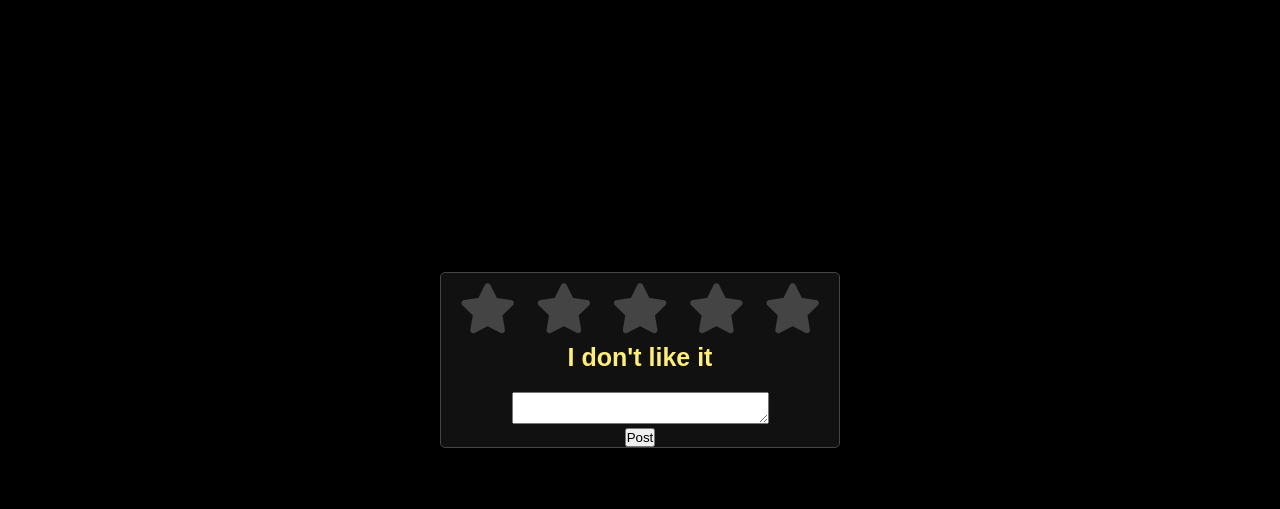
Repository: Suryansh-D/Star-Ratings
Page: index.html
These files come from the project's save history. The page is drawn as it stood at one moment and after a run of saves; the edit follows.
The browser window is 1280 px wide. The pictures show the whole page.

Above is the page before, as saved 2024-02-03 09:57:22.

### index.html
<!DOCTYPE html>
<html lang="en">
<head>
    <meta charset="UTF-8">
    <meta name="viewport" content="width=device-width, initial-scale=1.0">
    <title>Document</title>
</head>
<link rel="stylesheet" href="style.css">
<link rel="stylesheet" href="https://cdnjs.cloudflare.com/ajax/libs/font-awesome/5.15.3/css/all.min.css">
<body>
    <div class="container">
        <div class="stars">
            <input type="radio" name="rate" id="rate-5">
            <label for="rate-5" class="fas fa-star"></label>
            <input type="radio" name="rate" id="rate-4">
            <label for="rate-4" class="fas fa-star"></label>
            <input type="radio" name="rate" id="rate-3">
            <label for="rate-3" class="fas fa-star"></label>
            <input type="radio" name="rate" id="rate-2">
            <label for="rate-2" class="fas fa-star"></label>
            <input type="radio" name="rate" id="rate-1">
            <label for="rate-1" class="fas fa-star"></label>
            <form action="#">
                <header>I don't like it</header>
                <div class="textarea">
                <textarea cols="30"></textarea>
                </div>
                    <div class="btn">
                        <button type="submit">Post</button>
                        </div>
                 </form>
        </div>
    </div>
    <script></script>
</body>
</html>

### style.css
@import url('https://fonts.googleapis.com/css?family=Roboto:400,700');
* {
  margin: 0;
  padding: 0;
  box-sizing: border-box;
  font-family:'Poppins', sans-serif;
}
html, body {
  height: 100%;
  background-color: #000;
  place-items: center;
  display: grid;
  text-align: center;
}

.container {
  width: 400px;
  background: #111;
    padding: 20px , 30px;
    border: 1px solid #444;
    border-radius: 5px;
    display: flex;
    flex-direction: column;
    align-items: center;
    justify-content: center;
}
.container .stars input{
    display: none;
}
.stars label{
    font-size: 50px;
    color: #444;
    cursor: pointer;
    transition: all 0.2s ease;
    float: right;
    padding: 10px;

}
.stars input:not(:checked) ~ label:hover ,
.stars input:not(:checked) ~ label:hover ~ label{
    color: #ffcc00;
}
.stars input:checked ~ label{
    color: #ffcc00;
}
input#rate-5:checked ~ label#rate-5 ~ label#rate-4 ~ label#rate-3 ~ label#rate-2 ~ label#rate-1{
    color: #ffe7;
    text-shadow: 0 0 20px #952;
}
form header{
    width:100%;
    font-size: 25px;
    color: #fe7;
    font-weight: 700;
    margin: 5px 0 20px 0;
    text-align: center;
    transition: all 0.2s ease;
}

After the next 4 saves:
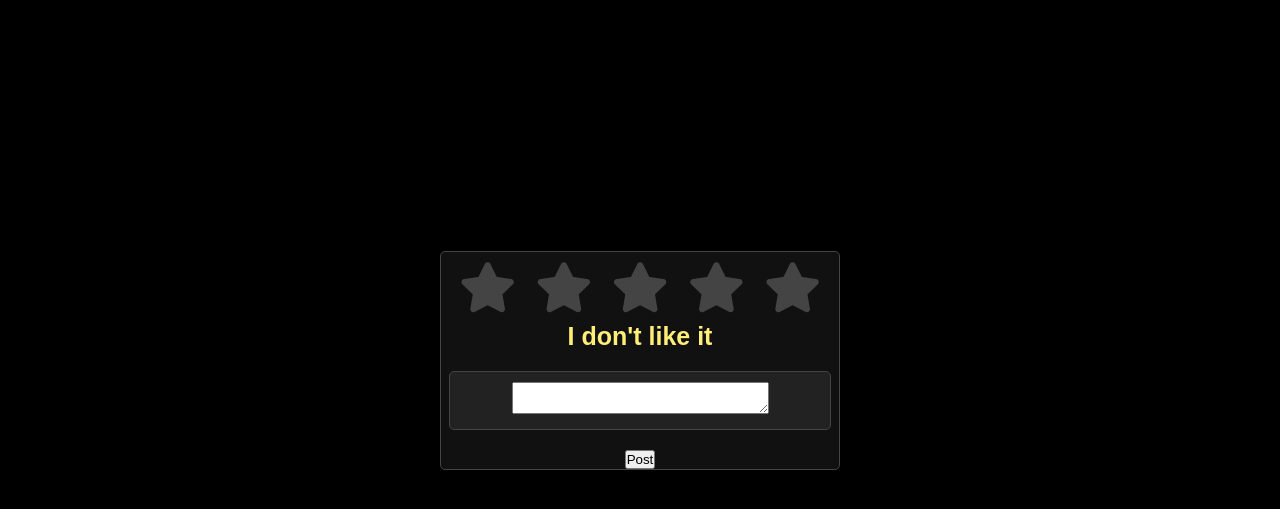
The 4 saves are shown as one change because they came seconds apart.
The last was saved 11 s later.
--- a/style.css
+++ b/style.css
@@ -56,3 +56,15 @@ form header{
     text-align: center;
     transition: all 0.2s ease;
 }
+
+form .textarea{
+    width: 100%;
+    background: #222;
+    border: 1px solid #444;
+    border-radius: 5px;
+    padding: 10px;
+    color: #fff;
+    font-size: 18px;
+    margin: 20px 0;
+    transition: all 0.2s ease;
+}

After the 6 saves that followed:
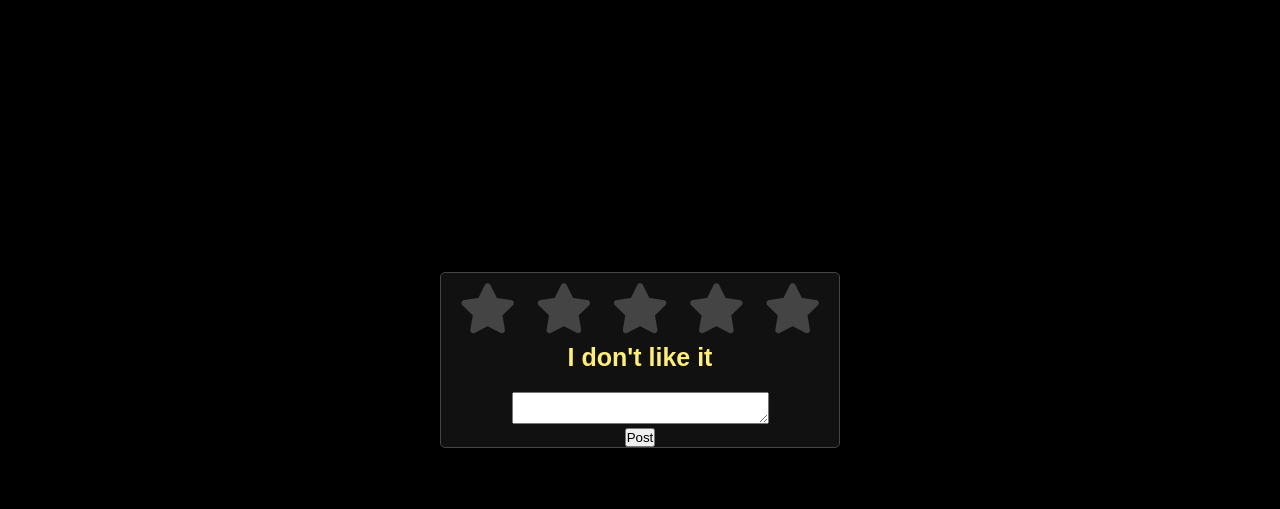
The 6 saves are shown as one change because they came seconds apart.
The last was saved 22 s later.
--- a/style.css
+++ b/style.css
@@ -59,12 +59,6 @@ form header{
 
 form .textarea{
     width: 100%;
-    background: #222;
-    border: 1px solid #444;
-    border-radius: 5px;
-    padding: 10px;
-    color: #fff;
-    font-size: 18px;
-    margin: 20px 0;
-    transition: all 0.2s ease;
+   height: 100%;
+
 }
